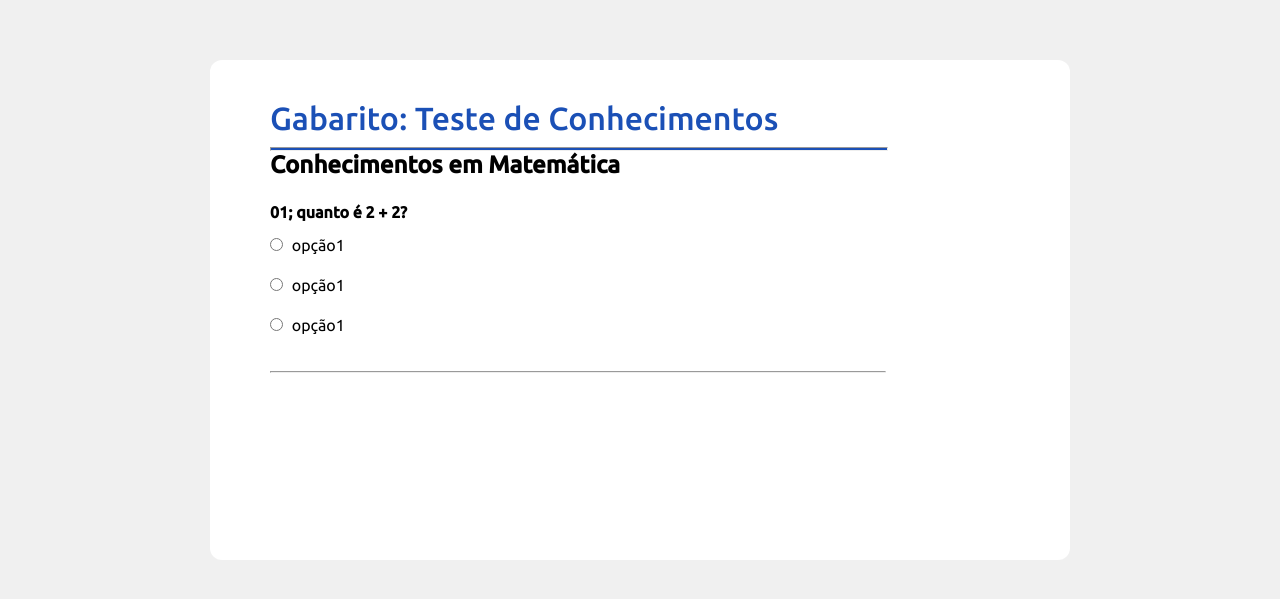
Repository: Delei09/desafioPerguntas
Page: / (app in frontend/)
These files come from the project's save history. The page is drawn as it stood at one moment and after the next save; the edit follows.
The browser window is 1280 px wide. The pictures show the whole page.
The project was rebuilt for these pictures with package versions that can differ from the ones it lists, and the page was loaded fresh each time.

Above is the page before, as saved 2021-08-18 09:47:38.

### frontend/public/index.html
<!DOCTYPE html>
<html lang="Pt-Br">
  <head>
    <meta charset="utf-8" />
    <meta name="viewport" content="width=device-width, initial-scale=1" />
    <meta name="theme-color" content="#000000" />
    <link rel="preconnect" href="https://fonts.googleapis.com">
    <link rel="preconnect" href="https://fonts.gstatic.com" crossorigin>
    <link href="https://fonts.googleapis.com/css2?family=Ubuntu:wght@400;500&display=swap" rel="stylesheet">

    <title>Desafio Inatel</title>
  </head>
  <body>
    <noscript>You need to enable JavaScript to run this app.</noscript>
    <div id="root"></div>
  </body>
</html>

### frontend/src/index.tsx
import React from 'react';
import ReactDOM from 'react-dom';
import App from './App';
import './styles/global.scss'

ReactDOM.render(
  <React.StrictMode>
    <App />
  </React.StrictMode>,
  document.getElementById('root')
);

### frontend/src/App.tsx
import React from 'react';
import Rotas from './Rotas';

function App() {
  return (
    <div className="App">
     <Rotas />
    </div>
  );
}

export default App;

### frontend/src/styles/global.scss
*{
 margin:0;
 padding:0;
 box-sizing: border-box;
 text-decoration: none;
}
body{
 font-family: 'Ubuntu', sans-serif;
 background: #F0F0F0;

}
.App{
 padding-left: 60px ;
 padding-top: 40px;
 background: #FFFFFF;
 max-width: 860px;
 height: 100%;
 min-height: 500px;
 border-radius: 12px;
 margin:60px auto;
}

### frontend/src/Rotas.tsx
import React from 'react';
import Home from './page/Home';


const Rotas = () => {

 return(
  <Home />
 )
} ;

export default Rotas;

### frontend/src/page/Home.tsx
import React from 'react';
import Header from '../components/Header'
import Main  from '../components/Main';


const Home : React.FC= () => {

 return(
<>
   <Header titulo = 'Gabarito: Teste de Conhecimentos' />
   <Main titulo = 'Conhecimentos em Matemática'>
         <h4>01; quanto é 2 + 2?</h4>
         <div className = 'mainOpcao'>
          <label>  <input type="radio" name="OPCAO" value="op1" /> opção1  </label>
          <label>  <input type="radio" name="OPCAO" value="op1" /> opção1  </label>
          <label>  <input type="radio" name="OPCAO" value="op1" /> opção1  </label>
         </div>
         <hr/>

   </Main>
</>
 )
}

export default Home

### frontend/src/components/Header.tsx
import React from 'react';
import '../styles/header.scss'


type headerType = {
 titulo: string;
}


const Header = (props : headerType) => {

 return(
  <header className="headerApp">
   {props.titulo}
   <hr className="headerLinha"/>
  </header>
 )
} ;

export default Header

### frontend/src/components/Main.tsx
import React from 'react';
import '../styles/main.scss'

type mainType = {
 titulo : string
}


const Main: React.FC<mainType> = ({...props}) => {

 return(
  <main>
       <h2>{props.titulo}</h2>
       <div>
          {props.children}
       </div>

  </main>
 )
} ;

export  default Main;

### frontend/src/styles/header.scss
.headerApp{
 color: #1B50B6;
 font-size: 32px;
 font-style: normal;
 font-weight: 500;
 line-height: 37px;
 letter-spacing: 0em;
 text-align: left;
 width:100%;
 max-width: 618px;

 hr{
  margin-top:10px ;
  background: #1B50B6;
  height: 4px;
  width: 618px;
 }
}

### frontend/src/styles/main.scss
main{
 display : flex;
 flex-direction: column;
 gap : 24px;

  >div{
   display : flex;
   flex-direction: column;
   gap : 15px;
  }

 hr{
  background: #C4C4C4;
  height: 1px;
  max-width: 616px;
  margin-top: 22px;
 }

}

.mainOpcao{
 display : flex;
 flex-direction: column;
 gap : 22px;
 input{
  margin-right: 5px;
 }
}

After the next save:
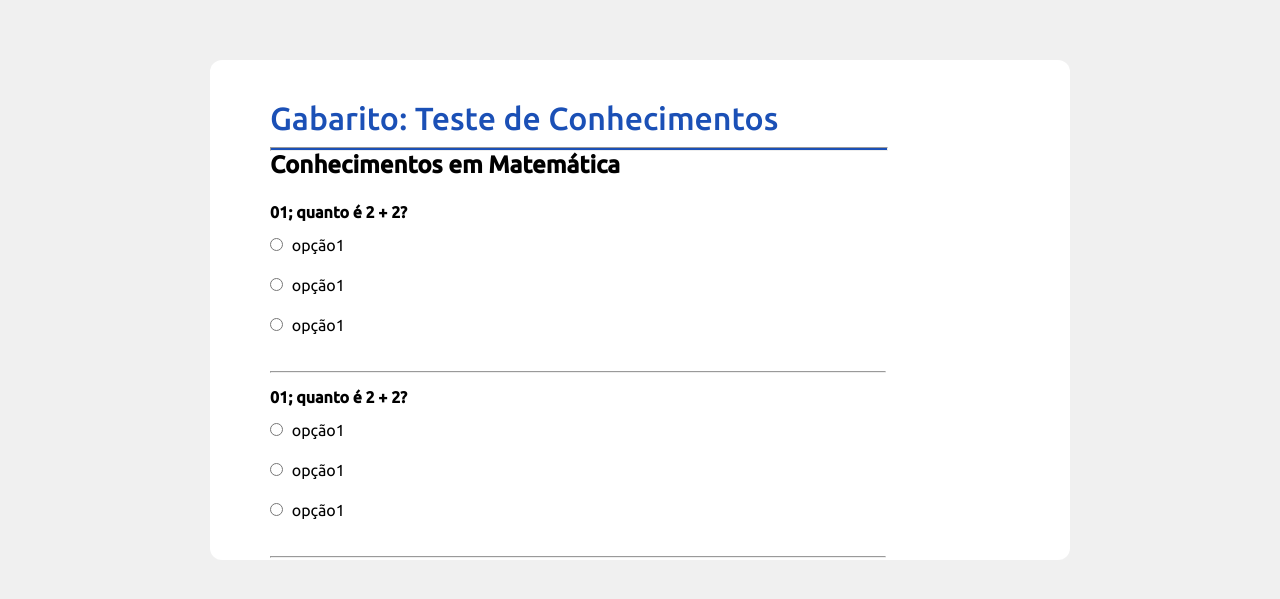
Saved 21 s later.
--- a/frontend/src/page/Home.tsx
+++ b/frontend/src/page/Home.tsx
@@ -17,6 +17,13 @@ const Home : React.FC= () => {
          </div>
          <hr/>
 
+         <h4>01; quanto é 2 + 2?</h4>
+         <div className = 'mainOpcao'>
+          <label>  <input type="radio" name="OPCAO" value="op1" /> opção1  </label>
+          <label>  <input type="radio" name="OPCAO" value="op1" /> opção1  </label>
+          <label>  <input type="radio" name="OPCAO" value="op1" /> opção1  </label>
+         </div>
+         <hr/>
    </Main>
 </>
  )
